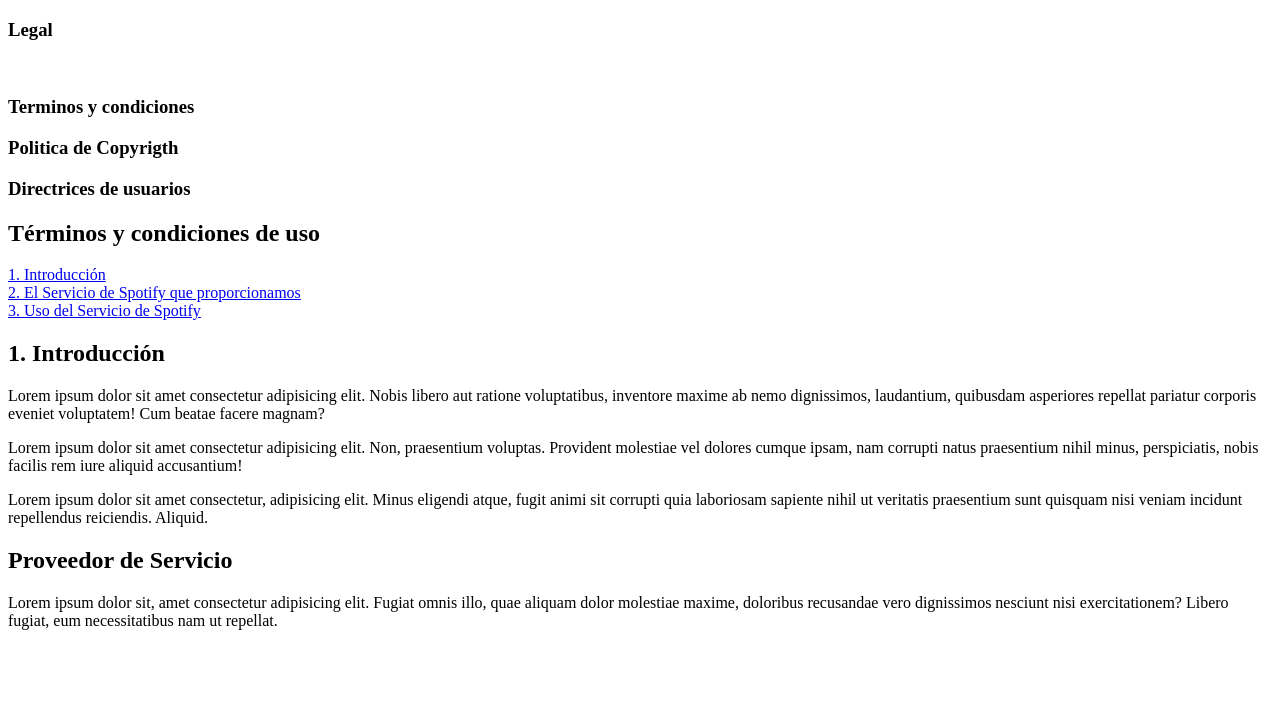
Repository: Devbenitez/Gen_30
Page: Gen_30/Maquetado/practicas/index.html
These files come from the project's save history. The page is drawn as it stood at one moment and after the next save; the edit follows.
The browser window is 1280 px wide. The pictures show the whole page.

Above is the page before, as saved 2023-11-07 23:06:48.

### Gen_30/Maquetado/practicas/index.html
<!DOCTYPE html>
<html lang="es">
    <meta charset="UTF-8" />
    <meta name="descripción" content="=practica1"/>
    <meta name="author" content="danielbenitez" />
<head>
<title>Practica spotify</title>
</head>
<body>
<main>
<h3><b>Legal</b></h3><br />
<h3>Terminos y condiciones</h3>
<h3>Politica de Copyrigth</h3>
<h3>Directrices de usuarios</h3>
</main>
<section>
    <h1>Términos y condiciones de uso</h1>
</section>
<section>
    <a href="#1. Introducción">1. Introducción</a><br />
    <a href="#2. El Servicio de Spotify que proporcionamos">2. El Servicio de Spotify que proporcionamos</a><br />
    <a href="#3. Uso del Servicio de Spotify">3. Uso del Servicio de Spotify</a><br />
</section>
<section>
    <h1>1. Introducción</h1>
    <p>
        Lorem ipsum dolor sit amet consectetur adipisicing elit. Nobis libero aut ratione voluptatibus, inventore maxime ab nemo dignissimos, laudantium, quibusdam asperiores repellat pariatur corporis eveniet voluptatem! Cum beatae facere magnam?
    </p>
    <p>
        Lorem ipsum dolor sit amet consectetur adipisicing elit. Non, praesentium voluptas. Provident molestiae vel dolores cumque ipsam, nam corrupti natus praesentium nihil minus, perspiciatis, nobis facilis rem iure aliquid accusantium!
    </p>
    <p>
        Lorem ipsum dolor sit amet consectetur, adipisicing elit. Minus eligendi atque, fugit animi sit corrupti quia laboriosam sapiente nihil ut veritatis praesentium sunt quisquam nisi veniam incidunt repellendus reiciendis. Aliquid.
    </p>
    <h2>Proveedor de Servicio</h2>
    <p>
        Lorem ipsum dolor sit, amet consectetur adipisicing elit. Fugiat omnis illo, quae aliquam dolor molestiae maxime, doloribus recusandae vero dignissimos nesciunt nisi exercitationem? Libero fugiat, eum necessitatibus nam ut repellat.
    </p>

</section>


</body>
</html>

After the next save:
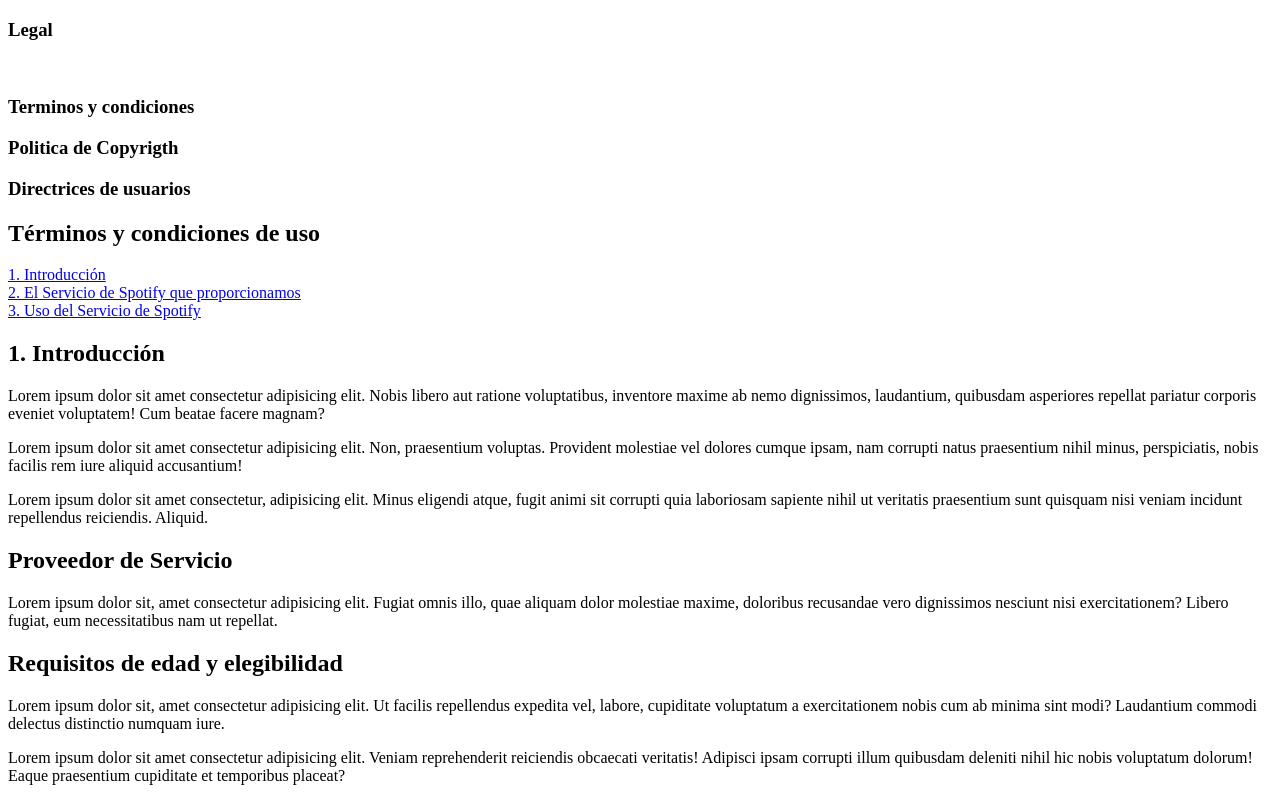
Saved 77 s later.
--- a/Gen_30/Maquetado/practicas/index.html
+++ b/Gen_30/Maquetado/practicas/index.html
@@ -36,6 +36,13 @@
     <p>
         Lorem ipsum dolor sit, amet consectetur adipisicing elit. Fugiat omnis illo, quae aliquam dolor molestiae maxime, doloribus recusandae vero dignissimos nesciunt nisi exercitationem? Libero fugiat, eum necessitatibus nam ut repellat.
     </p>
+    <h2>Requisitos de edad y elegibilidad</h2>
+    <p>
+        Lorem ipsum dolor sit, amet consectetur adipisicing elit. Ut facilis repellendus expedita vel, labore, cupiditate voluptatum a exercitationem nobis cum ab minima sint modi? Laudantium commodi delectus distinctio numquam iure.
+    </p>
+    <p>
+        Lorem ipsum dolor sit amet consectetur adipisicing elit. Veniam reprehenderit reiciendis obcaecati veritatis! Adipisci ipsam corrupti illum quibusdam deleniti nihil hic nobis voluptatum dolorum! Eaque praesentium cupiditate et temporibus placeat?
+    </p>
 
 </section>
 
